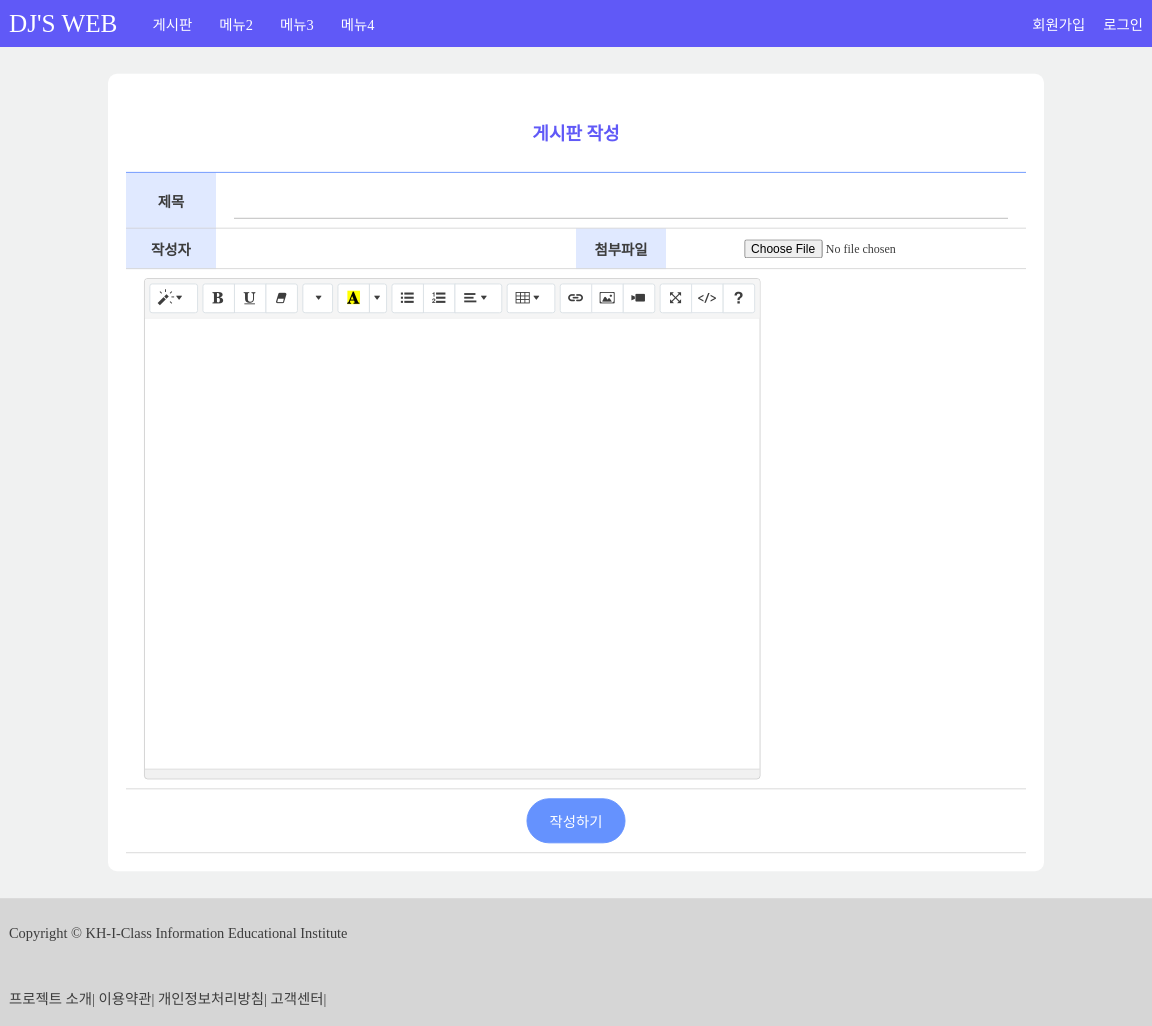
Repository: Godzilla-Man/codingStudy
Page: http://localhost/server_06_notice/WEB-INF/views/notice/editorFrm.jsp
The author's editor kept a copy of each file at every save. The page is drawn from the files as they stood at one save, then again after the next save.
The browser window is 1280 px wide. The pictures show the whole page, at 90% of full size.
Some web fonts or font styles are not loaded; a fallback is used. The page is served by Tomcat 9. Nobody is signed in. Other server files are loaded and not shown. The template is opened directly, without the code that normally fills it, so the values that code supplies are empty.

Above is the page before, as saved 2025-05-13 03:33:17.

### server_06_notice/src/main/webapp/WEB-INF/views/notice/editorFrm.jsp
<%@ page language="java" contentType="text/html; charset=UTF-8"
    pageEncoding="UTF-8"%>
<!DOCTYPE html>
<html>
<head>
<meta charset="UTF-8">
<title>게시글 작성</title>

<style>
	.notice-write-container {
		display : flex;
		justify-content : center;
		align-items : cneter;
	}
	.notice-write-wrap {
		width : 1000px;
	}
	.notice-write-wrap .input-item>textare{
		height : 300px;
	}
</style>

</head>
<body>
	<div class="wrap">
		<jsp:include page="/WEB-INF/views/common/header.jsp"></jsp:include>
		<main class="content notice-write-container">
			<section class="section notice-write-wrap">
				<div class="page-title">게시판 작성</div>
				<form action="/notice/write"
					  method="post" <%-- 첨부파일 업로드 시, method는 무조건 post로 지정하고, enctype은 multipart로 지정해야 함. --%>
					  enctype="multipart/form-data">
					  <%--tbl_notice의 notice_writer(작성자) 컬럼의 값은 회원 번호! --%>
					  <input type="hidden" name="noticeWriter" value="${loginMember.memberNo}">

					  <table class="tbl">
					  	<tr>
					  		<th>제목</th>
					  		<td colspan="3">
					  			<div class="input-item">
					  				<input type="text" name="noticeTitle">
					  			</div>
					  		</td>
					  	</tr>
					  	<tr>
					  		<th style="width:10%;">작성자</th>
					  		<td style="width:40%;">
					  			<span>${loginMember.memberId}</span>
					  		</td>
					  		<th style="width:10%;">첨부파일</th>
					  		<td style="width:40%;">
					  			<input type="file" name="uploadFile">
					  		</td>
					  	</tr>
					  	<tr>
					  		<td colspan="4">
					  			<div class="input-item">
					  				<textarea name="noticeContent" id="noticeContent"></textarea>
					  			</div>
					  		</td>
				  		</tr>
				  		<tr>
				  			<td colspan="4">
				  				<button type="submit" class="btn-primary lg">작성하기</button>
				  			</td>
				  		</tr>
					  </table>
			  	</form>
			</section>
		</main>
		<jsp:include page="/WEB-INF/views/common/footer.jsp"></jsp:include>
	</div>

	<script src="/resources/summernote/summernote-lite.js"></script>
	<script src="/resources/summernote/lang/summernote-ko-KR.js"></script>
	<link rel="stylesheet" href="/resources/summernote/summernote-lite.css">
	<script>
		$('#noticeContent').summernote({
			height : 500,
			lang : "ko-KR",
			disableResize : true,
			disableResizeEditor : true,
			resize : false
		});
	</script>
</body>
</html>

### server_06_notice/src/main/webapp/WEB-INF/views/common/header.jsp
<%@ page language="java" contentType="text/html; charset=UTF-8"
    pageEncoding="UTF-8"%>
<%@ taglib uri="http://java.sun.com/jsp/jstl/core" prefix="c" %>
<link rel="stylesheet" href="/resources/css/default.css">
<link href="https://fonts.googleapis.com/icon?family=Material+Icons" rel="stylesheet">
<script src="https://code.jquery.com/jquery-3.7.1.min.js"></script>
<script src="/resources/js/sweetalert.min.js"></script>

<header class="header">
	<div>
		<div class="logo">
			<a href="/">DJ'S WEB</a>
		</div>
		<nav class="nav">
			<ul>
				<li>
					<a href="/notice/getList?reqPage=1">게시판</a>
				</li>
				<li>
					<a href="#">메뉴2</a>
				</li>
				<li>
					<a href="#">메뉴3</a>
				</li>
				<li>
					<a href="#">메뉴4</a>
				</li>
			</ul>
		</nav>
		<ul class="user-menu">
			<%-- 세션에 로그인 회원 정보 등록 여부에 따라 다른 메뉴 출력 --%>
			<c:choose>
				<c:when test="${empty sessionScope.loginMember}">
					<li>
						<a href="/member/joinFrm">회원가입</a>
					</li>
					<li>
						<a href="/member/loginFrm">로그인</a>
					</li>
				</c:when>
				<c:otherwise>
					<li>
						<a href="/member/myPage">마이페이지</a>
					</li>
					<li>
						<a href="/member/logout">로그아웃</a>
					</li>
				</c:otherwise>
			</c:choose>
		</ul>
	</div>
</header>

### server_06_notice/src/main/webapp/WEB-INF/views/common/footer.jsp
<%@ page language="java" contentType="text/html; charset=UTF-8"
    pageEncoding="UTF-8"%>
<footer class="footer">
	<div>
		<p>Copyright &copy; KH-I-Class Information Educational Institute</p>
	</div>
	<div>
		<a href="#">프로젝트 소개</a><span>|</span>
		<a href="#">이용약관</a><span>|</span>
		<a href="#">개인정보처리방침</a><span>|</span>
		<a href="#">고객센터</a><span>|</span>
	</div>
</footer>

### server_06_notice/src/main/webapp/resources/css/default.css


:root {
  /*main color*/
  --main1: #3d3d3d;
  --main2: #6059f7;
  --main3: #6592fe;
  --main4: #36c3fe;
  --main5: #8c61ff;
  /*box-bg*/
  --box-bg: #f0f1f1;
  /*gray*/
  --gray1: #222222;
  --gray2: #555555;
  --gray3: #717171;
  --gray4: #8f8f8f;
  --gray5: #b7b7b7;
  --gray6: #d6d6d6;
  --gray7: #efefef;
  --gray8: #ffffff;

  /*line-color*/
  --line1: #222222;
  --line2: #d6d6d6;
  --line3: #eaeced;
  --line4: #f6f6f6;
  --line5: #f8f9fa;
}
@font-face {
  font-family: ns-l;
  src: url(/resources/resources/font/NotoSansKR-Light.ttf);
}
@font-face {
  font-family: ns-r;
  src: url(/resources/font/NotoSansKR-Regular.ttf);
}
@font-face {
  font-family: ns-b;
  src: url(/resources/font/NotoSansKR-Bold.ttf);
}
@font-face {
  font-family: ns-black;
  src: url(/resources/font/NotoSansKR-Black.ttf);
}
* {
  margin: 0;
  padding: 0;
  outline: 20;
  font-family: ns-r;
  list-style-type: none;
  color : var(--main1);
}
a {
  text-decoration: none;
}
.wrap {
  min-height: 100vh;
  display: flex;
  flex-direction: column;
  min-width: 800px;
  position: relative;
  background-color: var(--box-bg);
}

.header {
  background-color: var(--main2);
  width: 100%;
  position: sticky;
  top: 0;
  z-index:1;
}
.header > div {
  padding: 10px;
  max-width: 1400px;
  margin: 0 auto;
  display: flex;
  align-items: center;
}
.header a {
  color: var(--gray8);
}
.logo {
  margin-right: 24px;
}
.logo > a {
  font-family: ns-black;
  font-size: 28px;
}
.nav {
  flex: 1;

}
.nav > ul {
  display: flex;
  align-items: center;
}
.nav > ul > li {
  margin: 0px 15px;
  position: relative;

}
.nav a,
.user-menu a {
  transition-duration: 0.3s;
}

.nav a:hover,
.user-menu a:hover {
  color: var(--gray1);
}

.nav .sub-menu {
  display: none;
  position: absolute;
  width: 130px;
  background-color: #fff;
  border: 1px solid var(--main2);
  border-radius: 5px;
  left: 10px;
  z-index: 1;
}

.sub-menu > li > a {
  color: var(--main2);
  padding: 10px;
  display: block;
}
.nav > ul > li:hover > .sub-menu {
  display: block;
}
.sub-menu > li > a:hover {
  background-color: var(--main2);
  color: var(--gray8);
}
.user-menu {
  display: flex;
}
.user-menu > li {
  margin-left: 20px;
}

.content {
  width: 100%;
  max-width: 1400px;
  margin: 30px auto;
  flex: 1;

}
.page-title {
  font-weight : bold;
  padding: 30px;
  text-align: center;
  font-family: ns-b;
  font-size: 20px;
  color: var(--main2);
}
.footer {
  background-color: var(--gray6);
}
.footer > div {
  max-width: 1400px;
  padding: 20px 10px;
  margin: 0 auto;
}
.footer > div > p {
  margin: 10px 0px;
  font-family: ns-b;
  font-size: 16px;
}

section.section {
  padding: 20px;
  border-radius: 10px;
  background-color: var(--gray8);
}
section.section.bg-section {
  background-color: var(--box-bg);
}

[class^="btn-"] {
  cursor: pointer;
  font-size: 14px;
  padding: 9px 20px;
  border: none;
  border-radius: 5px;
  font-family: ns-b;
}
.btn-primary {
  border: 1px solid var(--main3);
  background-color: var(--main3);
  color: var(--gray8);
}
.btn-primary:hover {
  background-color: rgba(101, 146, 254, 0.9);
}
.btn-secondary {
  border: 1px solid var(--gray4);
  background-color: var(--gray4);
  color: var(--gray8);
}
.btn-secondary:hover {
  background-color: rgba(143, 143, 143, 0.9);
}
.btn-point {
  border: 1px solid var(--main5);
  background-color: var(--main5);
  color: var(--gray8);
}
.btn-point:hover {
  background-color: rgba(140, 97, 255, 0.9);
}
.btn-primary.outline {
  color: var(--main3);
  background-color: var(--gray8);
}
.btn-primary.outline:hover {
  background-color: rgba(101, 146, 254, 0.2);
}
.btn-secondary.outline {
  color: var(--gray4);
  background-color: var(--gray8);
}
.btn-secondary.outline:hover {
  background-color: rgba(143, 143, 143, 0.2);
}
.btn-point.outline {
  color: var(--main5);
  background-color: var(--gray8);
}
.btn-point.outline:hover {
  background-color: rgba(140, 97, 255, 0.2);
}
[class^="btn-"].sm {
  padding: 5px 10px;
  font-family: ns-r;
  font-size: 12px;
}
[class^="btn-"].md {
  padding: 7px 15px;
  font-size: 14px;
  border-radius: 20px;
}
[class^="btn-"].lg {
  padding: 12px 25px;
  font-size: 16px;
  border-radius: 25px;
}

.tbl {
  border-top: 1px solid var(--main3);
  width: 100%;
  border-spacing: 0;
}
.tbl th,
.tbl td {
  text-align: center;
  border-bottom: 1px solid var(--line2);
  padding: 10px 20px;
}
.tbl th.left,
.tbl td.left {
  text-align: left;
}
.tbl th {
  background-color: rgba(101, 146, 254, 0.2);
}
.tbl.tbl-hover tbody > tr:hover {
  cursor: pointer;
  background-color: rgba(101, 146, 254, 0.1);
}
.input-wrap {
  display: flex;
  flex-direction: column;
}
.input-wrap > .input-title {
  margin-bottom: 10px;
  font-size: 16px;
  font-weight: bold;
  line-height: 1.5;
}
.input-item {
  display: flex;
  gap: 10px;
}
.input-item > input {
  flex: 1;
  font-size: 16px;
  line-height: 1.5;
  border: none;
  border-bottom: 1px solid var(--gray5);
  padding: 8px 0px;
}
.input-item + .input-msg {
  position: relative;
  margin-top: 8px;
  padding-left: 24px;
  color: var(--gray3);
  font-size: 14px;
  line-height: 1.5;
}
.input-item + .input-msg::before {
  content: "";
  display: block;
  position: absolute;
  left: 0;
  top: 0;
  bottom: 0;
  width: 20px;
  background: url(/resources/images/icon_info.svg) no-repeat center / contain;
}
.input-item + .input-msg.valid {
  color: #1065dc;
}
.input-item + .input-msg.valid::before {
  background: url(/resources/images/icon_info_success.svg) no-repeat center / contain;
}
.input-item + .input-msg.invalid {
  color: #ff3d00;
}
.input-item + .input-msg.invalid::before {
  background: url(/resources/images/icon_info_warning.svg) no-repeat center / contain;
}

.input-item > textarea {
  width: 100%;
  height: 156px;
  padding: 15px;
  resize: none;
  font-size: 16px;
  line-height: 24px;
  border: 1px solid var(--line2);
}

.input-wrap > input[type="checkbox"] {
  display: none;
}
.input-wrap > input[type="checkbox"] + label {
  position: relative;
  display: block;
  flex-grow: 1;
  padding: 8px 0 8px 30px;
  cursor: pointer;
}
.input-wrap > input[type="checkbox"] + label::before {
  content: "";
  display: block;
  position: absolute;
  left: 0;
  top: 8px;
  width: 24px;
  height: 24px;
  color: var(--main3);
  border-radius: 50%;
  background: url(/resources/images/icon_check.png) no-repeat center / 20px;
}
.input-wrap > input[type="checkbox"]:checked + label::before {
  background: url(/resources/images/icon_check_active.png) no-repeat center / 20px;
}

.input-wrap > input[type="radio"] {
  display: none;
}
.input-wrap > input[type="radio"] + label {
  position: relative;
  display: block;
  flex-grow: 1;
  padding: 8px 0 8px 30px;
  cursor: pointer;
}
.input-wrap > input[type="radio"] + label::before {
  content: "";
  display: block;
  position: absolute;
  left: 0;
  top: 8px;
  width: 24px;
  height: 24px;
  color: var(--main3);
  border-radius: 50%;
  background: url(/resources/images/icon_check.png) no-repeat center / 20px;
}
.input-wrap > input[type="radio"]:checked + label::before {
  background: url(/resources/images/icon_check_active.png) no-repeat center / 20px;
}
.select {
  flex: 1;
  position: relative;
  border: 1px solid var(--line2);
  border-radius: 5px;
  background: #fff url(/resources/images/icon_arrow_down.svg) no-repeat right 12px center / 12px;
  overflow: hidden;
}
.select > select {
  width: 100%;
  padding: 8px 12px;
  font-size: 16px;
  line-height: 1.5;
  cursor: pointer;
  appearance: none;
  background-color: transparent;
  border: 0;
}
.modal-bg {
  background-color: rgba(0, 0, 0, 0.4);
  position: fixed;
  width: 100vw;
  height: 100vh;
  top: 0;
  left: 0;
  display: none;
  justify-content: center;
  align-items: center;
}
.modal-bg.open {
  display: flex;
}
.modal-container {
  background-color: var(--gray8);
  padding: 40px 20px;
  width: 500px;
  display: flex;
  flex-direction: column;
  border-radius: 10px;
  gap: 20px;
  box-sizing: border-box;
  position: relative;
}
.modal-title {
  font-size: 20px;
  font-family: ns-b;
  line-height: 30px;
  text-align: center;
}
.modal-main {
  flex: 1;
  overflow-y: auto;
  padding: 0px 30px;
}
.modal-content {
  max-height: 200px;
}
.modal-btn-area {
  display: flex;
  gap: 13px;
  justify-content: center;
}
.modal-close-btn {
  position: absolute;
  top: 20px;
  right: 20px;
  font-size: 30px;
  cursor: pointer;
}

.posting-wrap{
	overflow: hidden;
	padding: 10px;
}
.posting-wrap>.posting-item{
	box-sizing: border-box;
	width : 335px;
	float: left;
	padding : 30px

}
.posting-item>a{
	display : block;
}
.posting-item:hover{
	box-shadow: 0 2px 10px 0 rgba(0, 0, 0, 0.2);
}
.posting-img{
	height: 200px;
}
.posting-img>img{
	width:100%;
	height:100%;
	object-fit:contain;
}
.posting-info{
	margin: 10px auto;
	width: 75%
}
.posting-title{
	font-size : 18px;
	font-family : ns-b;
	white-space: nowrap;
	overflow: hidden;
	text-overflow: ellipsis;
}

.pagination {
  list-style-type: none;
  display: flex;
  justify-content: center;
  align-items: center;
}
.posting-sub-info{
	margin : 10px 0px;
	display: flex;
	justify-content: space-between;
}
.posting-sub-info>span{
	font-size: 14px;
	font-family: ns-b;
}

.pagination > li {
  width: 40px;
  height: 40px;
  text-align: center;
  line-height: 40px;
  overflow: hidden;
}
.pagination.circle-style > li {
  border-radius: 50%;
}
.pagination > li > a.page-item {
  display: block;
  width: 100%;
  height: 100%;
  font-size: 18px;
}
.pagination > li > a.page-item > span.material-icons {
  display: block;
  width: 100%;
  height: 100%;
  line-height: 40px;
}
.pagination .page-item.active-page {
  background-color: var(--main2);
  color: #fff;
}

Loaded but not shown: server_06_notice/src/main/webapp/resources/js/sweetalert.min.js (library); server_06_notice/src/main/webapp/resources/summernote/summernote-lite.js (library); server_06_notice/src/main/webapp/resources/summernote/summernote-lite.css (library); server_06_notice/src/main/webapp/resources/summernote/lang/summernote-ko-KR.js (275 lines, source omitted)

After the next save:
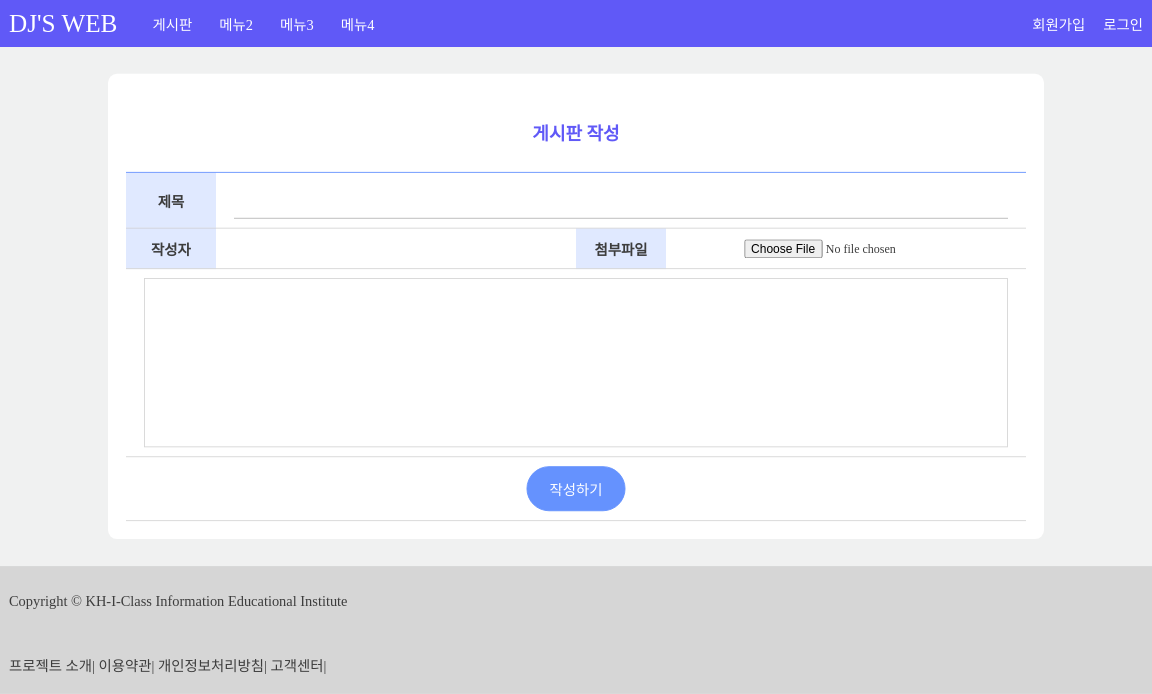
Console error: SyntaxError: Unexpected token ','
Saved 92 s later.
--- a/server_06_notice/src/main/webapp/WEB-INF/views/notice/editorFrm.jsp
+++ b/server_06_notice/src/main/webapp/WEB-INF/views/notice/editorFrm.jsp
@@ -77,6 +77,7 @@
 	<script>
 		$('#noticeContent').summernote({
 			height : 500,
+			width : 100%,
 			lang : "ko-KR",
 			disableResize : true,
 			disableResizeEditor : true,

After the save that followed:
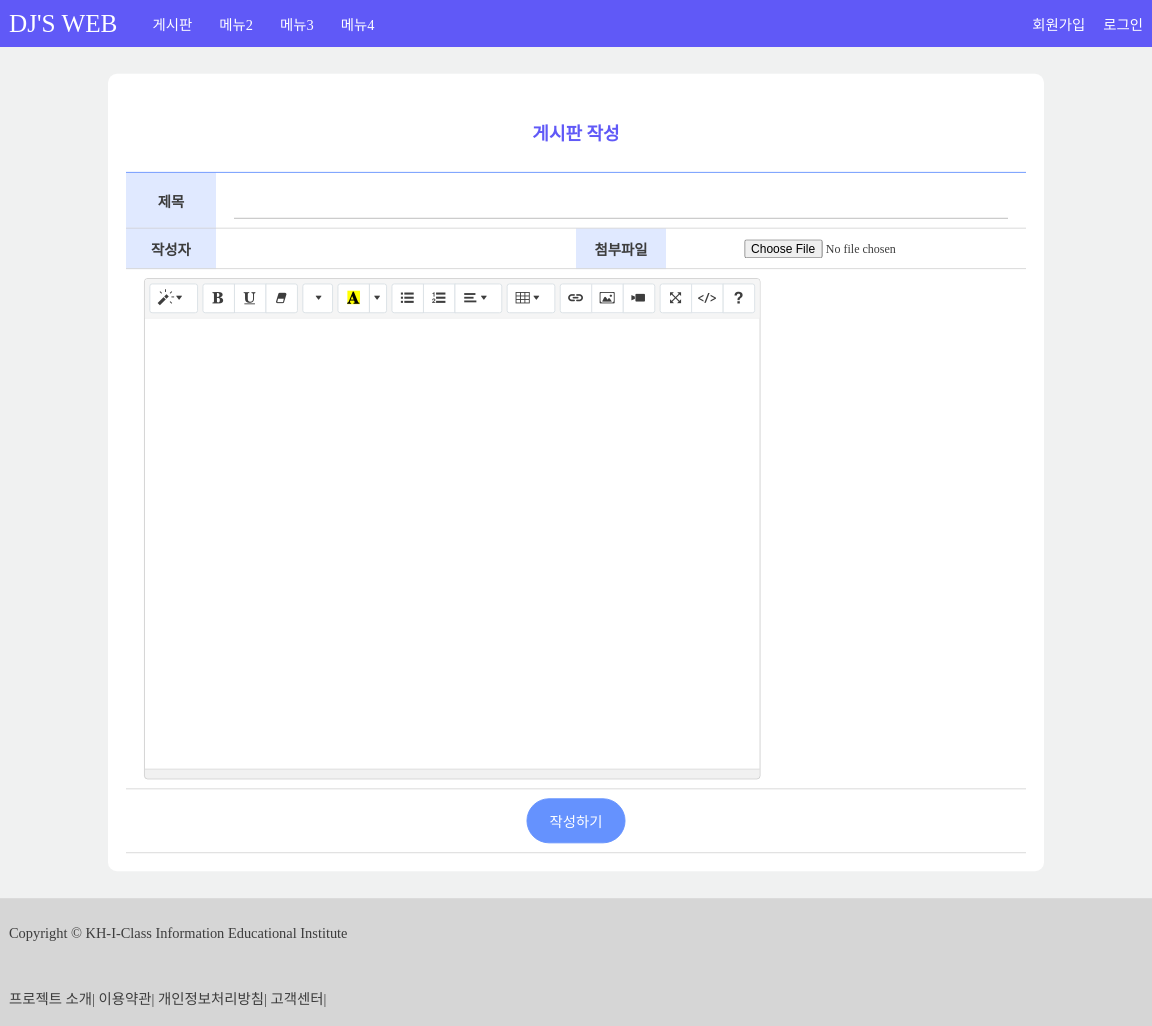
The error is gone.
Saved 14 s later.
--- a/server_06_notice/src/main/webapp/WEB-INF/views/notice/editorFrm.jsp
+++ b/server_06_notice/src/main/webapp/WEB-INF/views/notice/editorFrm.jsp
@@ -77,7 +77,6 @@
 	<script>
 		$('#noticeContent').summernote({
 			height : 500,
-			width : 100%,
 			lang : "ko-KR",
 			disableResize : true,
 			disableResizeEditor : true,
